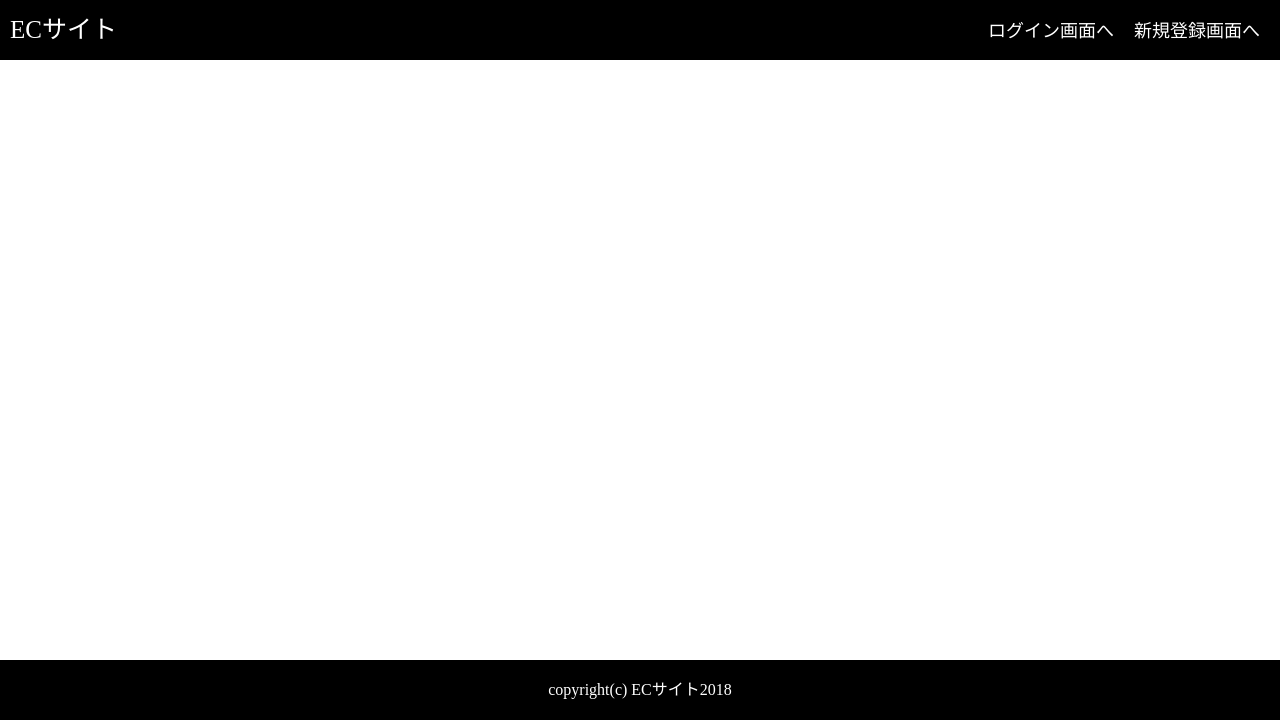
Repository: nyanya02/ECsite
Page: http://localhost/ECsite/GoHomeAction.action
These files come from the project's save history. The page is drawn as it stood at one moment and after the next save; the edit follows.
The browser window is 1280 px wide. The pictures show the whole page.
The page is served by Tomcat 9.

Above is the page before, as saved 2018-04-25 16:32:26.

After the next save:
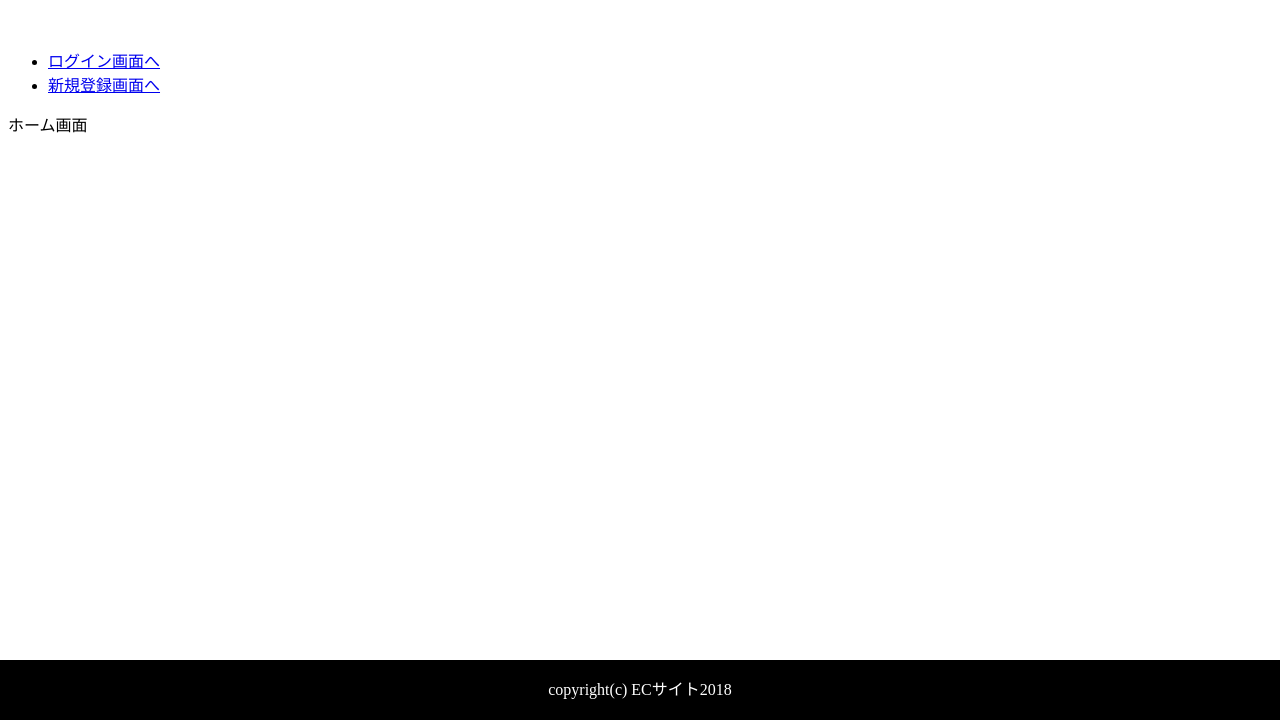
Saved 77 s later.
--- a/ECsite/WebContent/home.jsp
+++ b/ECsite/WebContent/home.jsp
@@ -82,13 +82,13 @@ footer{
 </head>
 <body>
 
-		<header>
-            <div class="logo"><a href='<s:url action="GoHomeAction"/>'>ECサイト</a></div>
+		<div id="header">
+			<div class="logo"><a href='<s:url action="GoHomeAction"/>'>ECサイト</a></div>
             <ul>
                 <li><a href='<s:url action="GoSignInAction"/>'>ログイン画面へ</a></li>
                 <li><a href='<s:url action="GoSignUpAction"/>'>新規登録画面へ</a></li>
             </ul>
-        </header>
+		</div>
 
 		<div>ホーム画面</div>
 

After the save that followed:
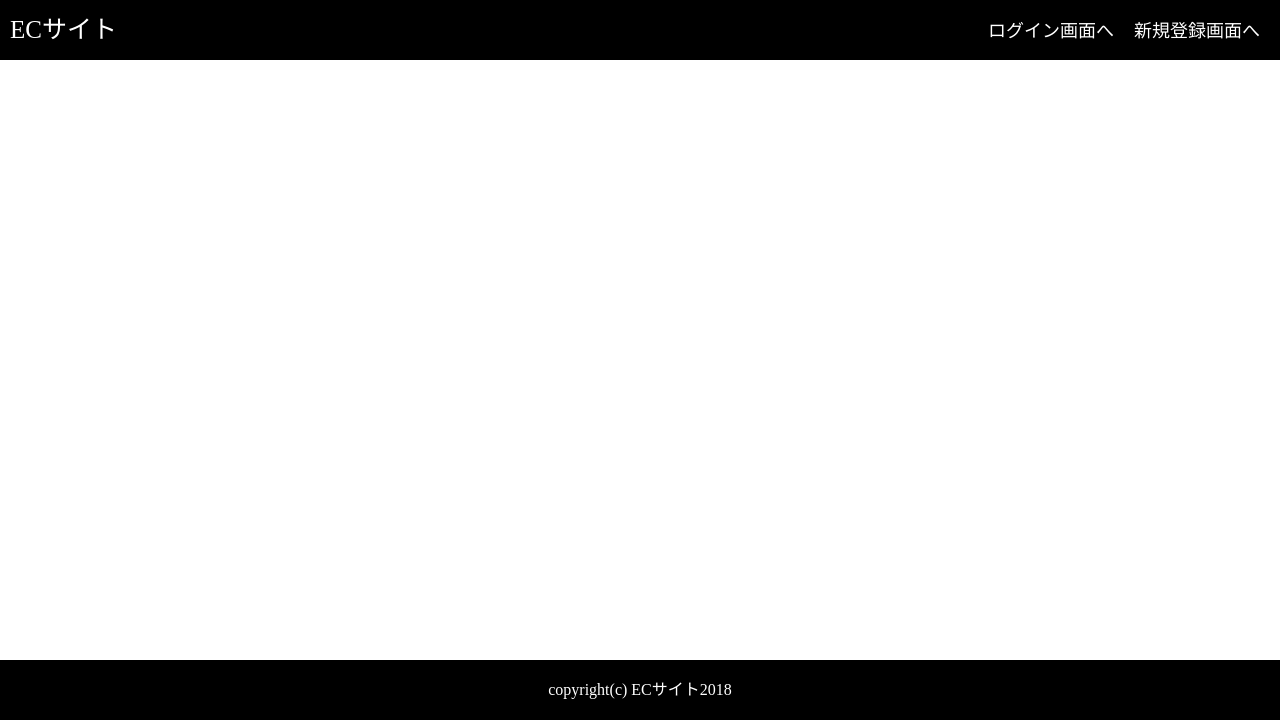
Saved 82 s later.
--- a/ECsite/WebContent/home.jsp
+++ b/ECsite/WebContent/home.jsp
@@ -16,7 +16,7 @@
 
 <style>
 
-header{
+#header{
     position:absolute;
     top:0;
     left:0;
@@ -25,7 +25,7 @@ header{
     background-color: black;
 }
 
-header .logo{
+#header .logo{
     float: left;
     width:200px;
     padding-left: 10px;
@@ -34,12 +34,12 @@ header .logo{
     line-height: 60px;
 }
 
-header ul{
+#header ul{
     float: right;
     line-height: 30px;
 }
 
-header ul li{
+#header ul li{
     float: left;
     list-style: none;
     padding-right: 20px;
@@ -55,11 +55,11 @@ header ul li{
     color: #E6E6E6;
 }
 
-header li a{
+#header li a{
     text-decoration: none;
     color: white;
 }
-header li a:hover{
+#header li a:hover{
     color: #E6E6E6;
 }
 
